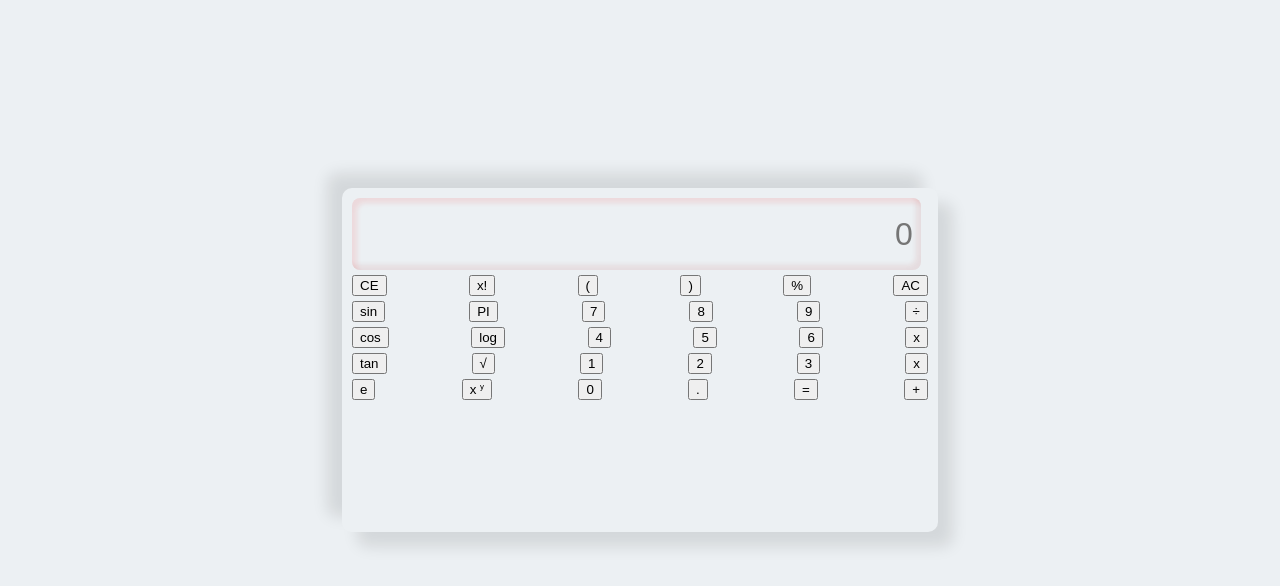
Repository: Haakim19/Scientific-Calculator
Page: intex.html
These files come from the project's save history. The page is drawn as it stood at one moment and after the next save; the edit follows.
The browser window is 1280 px wide. The pictures show the whole page.

Above is the page before, as saved 2024-10-27 12:03:56.

### intex.html
<!DOCTYPE html>
<html lang="en">
<head>
    <meta charset="UTF-8">
    <meta name="viewport" content="width=device-width, initial-scale=1.0">
    <title>Scientific Calculator</title>
    <link rel="stylesheet" href="Style.css">
</head>
<body>
    <div class="container">
        <div class="display">
            <input type="text" id="screen" placeholder="0">
        </div>
        <div class="btns">
            <div class="row">
                <button class="btn">CE</button>
                <button class="btn">x!</button>
                <button class="btn">(</button>
                <button class="btn">)</button>
                <button class="btn">%</button>
                <button class="btn">AC</button>
            </div>
            <div class="row">
                <button class="btn">sin</button>
                <button class="btn">PI</button>
                <button class="btn">7</button>
                <button class="btn">8</button>
                <button class="btn">9</button>
                <button class="btn">÷</button>
            </div>
            <div class="row">
                <button class="btn">cos</button>
                <button class="btn">log</button>
                <button class="btn">4</button>
                <button class="btn">5</button>
                <button class="btn">6</button>
                <button class="btn">x</button>
            </div>
            <div class="row">
                <button class="btn">tan</button>
                <button class="btn">√</button>
                <button class="btn">1</button>
                <button class="btn">2</button>
                <button class="btn">3</button>
                <button class="btn">x</button>
            </div>
            <div class="row">
                <button class="btn">e</button>
                <button class="btn">x <sup style="font-size: 0.5rem;">y</sup></button>
                <button class="btn">0</button>
                <button class="btn">.</button>
                <button class="btn">=</button>
                <button class="btn">+</button>
            </div>
        </div>
</body>

</html>

### Style.css
body{
    /* background-color: #f0f0f0; */
    font-family: Arial, sans-serif;
    margin: 0;
    padding: 0;
    justify-content: center;
    align-items: center;
    display: flex;
    min-height: 100vh;
    background: #ecf0f3;
}

.container{
    width: 45%;
    height: 45vh;
    padding: 10px;
    border-radius: 10px;
    box-shadow: 15px 15px 15px rgba(0, 0, 0, 0.1),
                -15px -15px 15px rgba(0, 0, 0, 0.1);
}
.display #screen{
    width: 97%;
    height: 70px;
    border: none;
    outline: none;
    text-align: right;
    padding-right: 0.5rem;
    font-size: 2em;
    border-radius: 8px;
    background:#ecf0f3;
    box-shadow: inset 5px 5px 5px rgba(248, 19, 19, 0.1),
                inset -5px -5px 5px rgba(180, 52, 52, 0.1);

}
.row{
    display: flex;
    justify-content: space-between;
    margin: 5px 0;
    /* padding: 5px; */
}

After the next save:
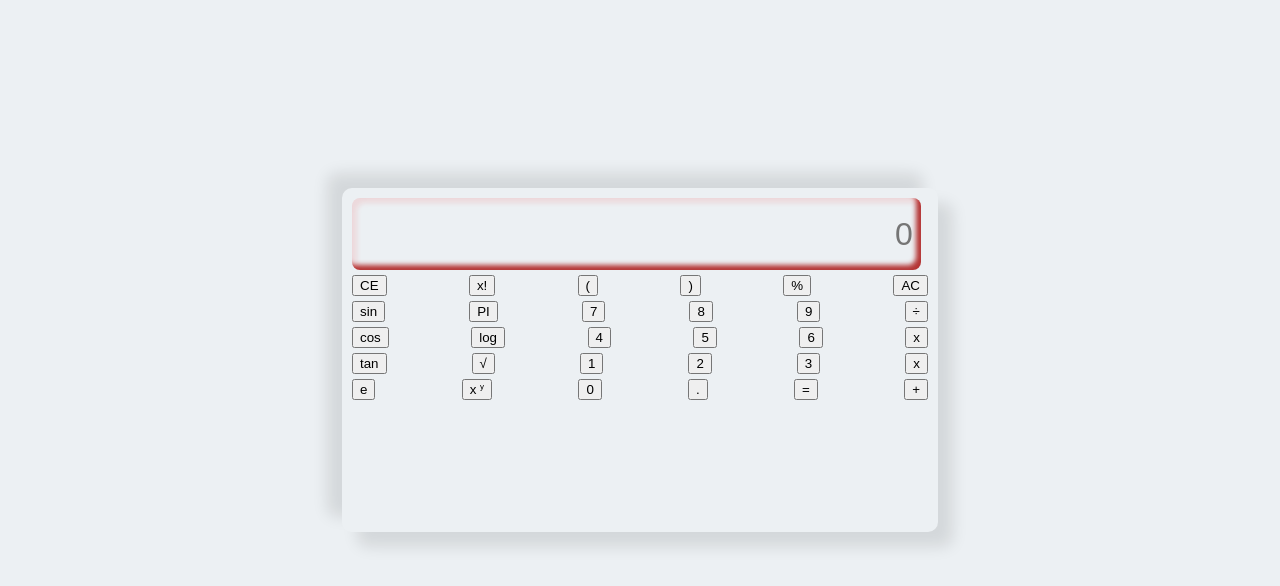
Saved 9 s later.
--- a/Style.css
+++ b/Style.css
@@ -29,7 +29,7 @@
     border-radius: 8px;
     background:#ecf0f3;
     box-shadow: inset 5px 5px 5px rgba(248, 19, 19, 0.1),
-                inset -5px -5px 5px rgba(180, 52, 52, 0.1);
+                inset -5px -5px 5px rgb(180, 52, 52);
 
 }
 .row{

After the save that followed:
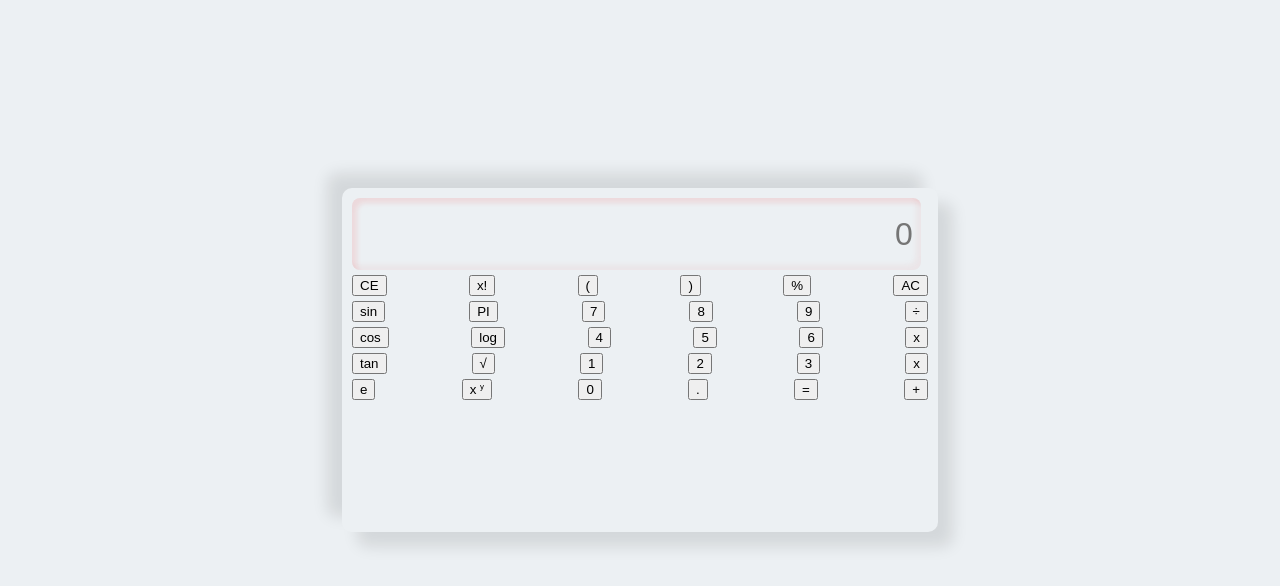
Saved 15 s later.
--- a/Style.css
+++ b/Style.css
@@ -29,7 +29,7 @@
     border-radius: 8px;
     background:#ecf0f3;
     box-shadow: inset 5px 5px 5px rgba(248, 19, 19, 0.1),
-                inset -5px -5px 5px rgb(180, 52, 52);
+                inset -5px -5px 5px rgba(228, 150, 150, 0.11);
 
 }
 .row{
